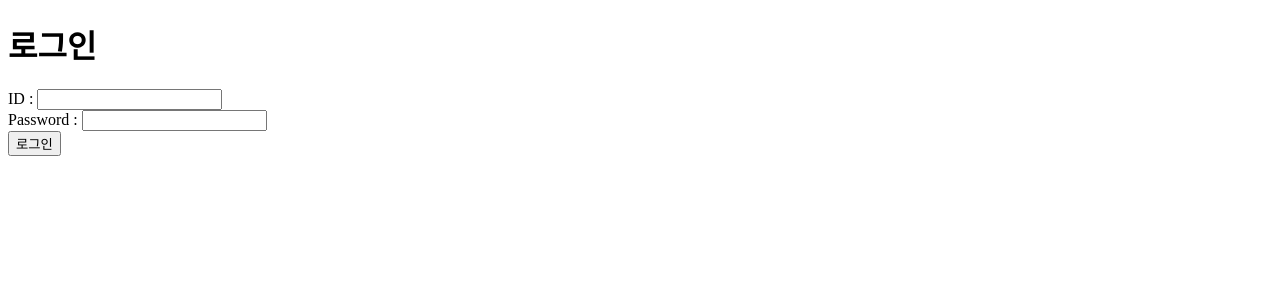
Repository: shingiyeon/jsp
Page: http://localhost/Article_DB_project/jsp/login.jsp
An editor plug-in stored every save of this project. The page is shown before and after the next save, followed by the edit.
The browser window is 1280 px wide. The pictures show the whole page.
The page is served by Tomcat 9.

Above is the page before, as saved 2019-05-25 07:09:51.

After the next save:
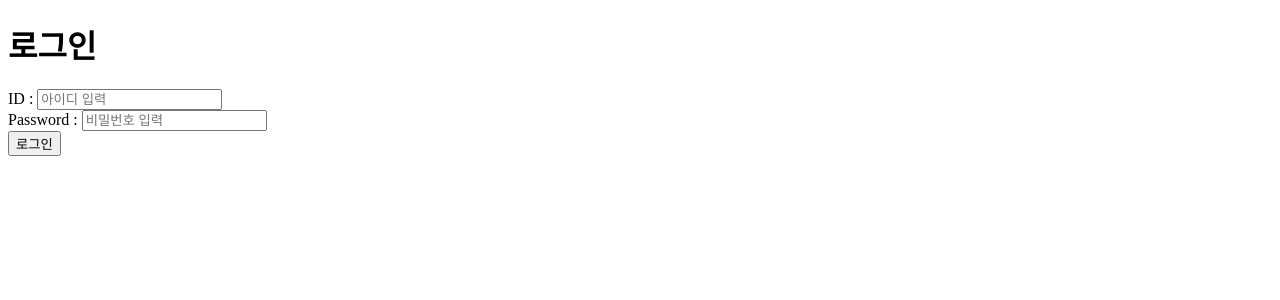
Saved 94 s later.
--- a/workspace/Article_DB_project/WebContent/jsp/login.jsp
+++ b/workspace/Article_DB_project/WebContent/jsp/login.jsp
@@ -9,9 +9,9 @@
 <body>
 <h1>로그인</h1>
 <form action="./doLogin.jsp">
-	ID : <input type="text" name="loginId">
+	ID : <input type="text" name="loginId" placeholder="아이디 입력">
 	<br>
-	Password : <input type="password" name="loginPw">
+	Password : <input type="password" name="loginPw" placeholder="비밀번호 입력">
 	<br>
 	<input type="submit" value="로그인">
 </form>
